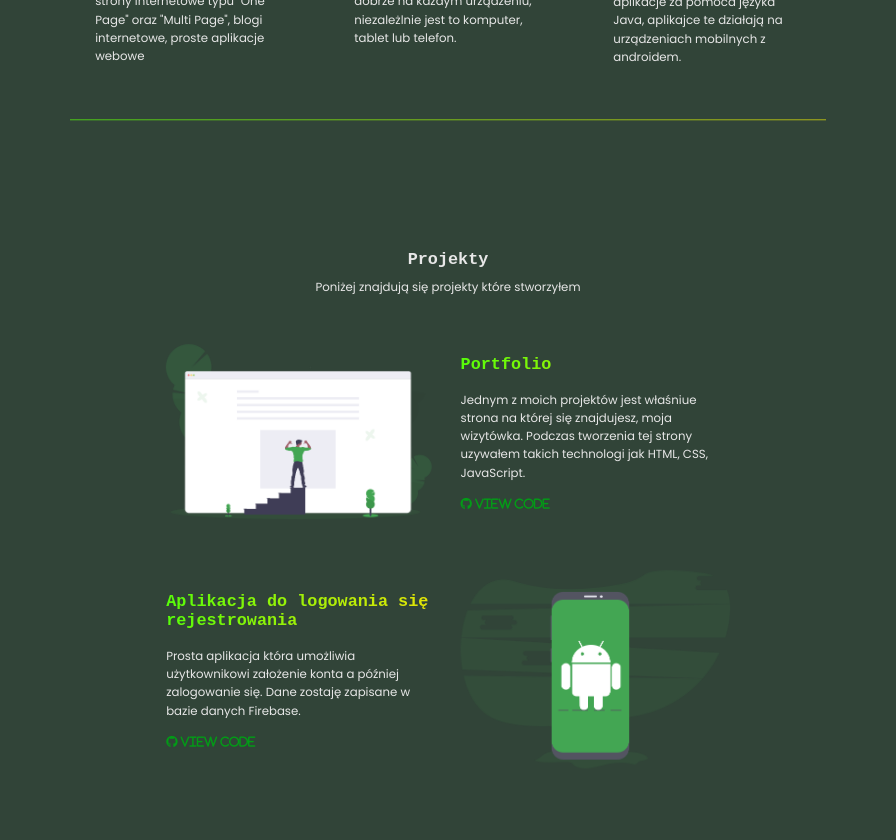
Repository: BartekUroda/portfolio
Page: index.html
An editor plug-in stored every save of this project. The page is shown before and after the next save, followed by the edit.
The browser window is 1280 px wide. The pictures show the part of the page from y = 1844 to 3764 px (the page is 3044 px tall before and 3764 px after), at 70% of full size.
Some web fonts or font styles are not loaded; a fallback is used. Some web libraries are served in a nearby version.

Above is the page before, as saved 2020-10-27 21:56:15.

### index.html
<!DOCTYPE html>
<html lang="en">
<head>
    <meta charset="UTF-8">
    <meta name="viewport" content="width=device-width, initial-scale=1.0">
    <title>Portfolio | Bartek Uroda</title>
    <link rel="stylesheet" type="text/css" href="css/style.css">
    <link href="https://fonts.googleapis.com/css2?family=Poppins&sfamily=Share+Tech+Mono&display=swap" rel="stylesheet">
    <script src="https://kit.fontawesome.com/056e5c10dc.js" crossorigin="anonymous"></script>
    <link rel="shortcut icon" type="image/x-icon" href="images/favicon.ico" />
</head>
<body>
    <header>
        <div class="container">
            <nav>
                <div class="nav-brand">
                    <a href="index.html">
                        <img src="images/logo.png" alt="Uroda">
                    </a>
                </div>
                <div class="burger-menu-icon">
                    <div class="line1"></div>
                    <div class="line2"></div>
                    <div class="line3"></div>
                </div>
                <ul class="nav-list">
                    <li class="nav-item">
                      <a href="#landing-page">
                        <img
                          src="images/profile.jpeg"
                          alt="Bartek Uroda"
                          class="profile-pic nav-link"
                        >
                        <span class="caption nav-link">Bartek Uroda</span>
                      </a>
                    </li>
                    <li class="nav-item">
                      <a href="#about" class="nav-link">O mnie</a>
                    </li>
                    <li class="nav-item">
                      <a href="#services" class="nav-link">Usługi</a>
                    </li>
                    <li class="nav-item">
                      <a href="#projects" class="nav-link">Projekty</a>
                    </li>
                    <li class="nav-item">
                      <a href="#contact" class="nav-link">Kontakt</a>
                    </li>
                    <li class="nav-item">
                      <a href="https://www.facebook.com/bartlomiej.uroda.3" target="_blank" class="nav-link">
                        <i class="fab fa-facebook"></i>
                      </a>
                      <a href="https://github.com/Urodii" target="_blank" class="nav-link">
                        <i class="fab fa-github"></i>
                      </a>
                      <a href="https://www.youtube.com/channel/UCzT1h5RNvmbtrmKT5hPjyAg?view_as=subscriber" target="_blank" class="nav-link">
                        <i class="fab fa-youtube"></i>
                      </a>
                    </li>
                  </ul>
            </nav>
        </div>
    </header>
    <main>
      <section id="landing-page" class="landing-page">
        <div class="container">
          <div class="main-message">
            <h2>Barłomiej Uroda</h2>
            <h3>Junior Front-End Web Developer</h3>
            <p>Html - CSS - JavaScript - Java</p>
            <div class="intro-btn">
              <div class="cta">
                <a href="#contact" class="btn">Skontaktuj się ze mną!</a>
              </div>
              <div class="cta">
                <a href="#projects" class="btn">Moje Projekty</a>
              </div>
            </div>
            <div>
              <a href="#about" class="scroll-down">
                <i class="fa fa-chevron-down" aria-hidden="true"></i>
              </a>
            </div>
          </div>
        </div>
      </section>
      <section id="about" class="about">
        <div class="container">
          <div class="about-img">
            <img
              src="images/profile.jpeg"
              alt="Bartek Uroda"
              class="about-pic"
            />
          </div>
          <div class="about-text-box">
            <h2>Cześć,</h2>
            <h3>O mnie</h3>
            <p>
              Nazywam się Bartek mam 21 lat, aktulanie studiuje zaocznie informatykę
              na Wyższej Szkole Biznesu w Nowym Sączu, studia te rozpoczołem po roku studiowania
              na Politechnce Krakowskiej na kierunku Fizyki Technicznej, zaliczyłem pierwszy rok na PK
              i wziołem sobie tak zwany Gap Year, studia na Politechnice nie satysfakcjonowały
              mnie więc postanowiłem rozwijać się w kierunku programistycznym. Szybko się uczę a zdobywanie wiedzy sprawia mi przyjemność.
            </p>
            <h3>Umiejętności</h3>
            <p>
              Rozwijam się w takich technologiach jak: HTML, CSS, JavaScript, Java oraz C++,
              tworze reponsywne strony. Znam angielski na
              poziomie C1, uczę się również bezpieczeństwa aplikacji webowych.
              Programowanie to coś z czym chciałbym żeby wiązała się moja przyszłość.
            </p>
            <h3>Zainteresowania</h3>
            <p>
              Sporą część mojego wolnego czasy pochłania sport, lubie jazde na rowerze siłownie oraz klistenike.
              Często spędzam również czas na graniu w gry, głownie jest to Counter-Strike, interesuję się też ITSecurity
              i w wolnym czasie staram się rozwijać w tym kierunku. Lubie podróże a poznawanie nowych
              wartościowych ludzi daje mi sporą motywacje w życiu.
            </p>
          </div>
        </div>
        <hr/>
      </section>
      <section id="services" class="services">
        <div class="container">
          <div class="title-heading">
            <h2>Oferta</h2>
            <p>
              Stworzę dokładnie taką stronę lub aplikacje mobilną jak klient sobie zażyczy.
            </p>
          </div>
          <div class="service-tiers">
            <div class="tier-item">
              <i class="fa fa-code" aria-hidden="true"></i>
              <h2>Web Development</h2>
              <p>
                Modyfikacja istniejących stron internetowych,
                wizytówki internetowe,
                responsywne strony internetowe typu "One Page" oraz "Multi Page",
                blogi internetowe, proste aplikacje webowe
              </p>
            </div>
            <div class="tier-item">
              <i class="fa fa-file-code-o" aria-hidden="true"></i>
              <h2>Responsywne strony</h2>
              <p>
                Strony które tworze są rezponsywne i wyglądają dobrze na każdym urządzeniu,
                niezależlnie jest to komputer, tablet lub telefon.
              </p>
            </div>
            <div class="tier-item">
              <i class="fa fa-mobile" aria-hidden="true"></i>
              <h2>Tworzenie aplikacji na androida</h2>
              <p>
                Potrafię również tworzyć proste aplikacje za pomoca języka Java,
                aplikajce te działają na urządzeniach mobilnych z androidem.
              </p>
            </div>
          </div>
        </div>
        <hr />
      </section>
      <section id="projects" class="projects">
        <div class="title-heading">
          <h2>Projekty</h2>
          <p>Poniżej znajdują się projekty które stworzyłem</p>
        </div>
        <div class="project-item">
          <div class="project-img has-margin-right">
            <img src="images/portfolio.png" />
          </div>
          <div class="project-description">
            <h2>Portfolio</h2>
            <p>
              Jednym z moich projektów jest właśniue strona na której się znajdujesz, moja wizytówka.
              Podczas tworzenia tej strony uzywałem takich technologi jak HTML, CSS, JavaScript.
            </p>
            <a href="https://github.com/Urodii/portfolio" class="project-link" target="_blank"
              ><i class="fa fa-github" aria-hidden="true"> View Code</i></a
            >
          </div>
        </div>
        <div class="project-item">
          <div class="project-description has-margin-right">
            <h2>Aplikacja do logowania się rejestrowania</h2>
            <p>
              Prosta aplikacja która umożliwia użytkownikowi założenie konta a później
              zalogowanie się. Dane zostaję zapisane w bazie danych Firebase.
            </p>
            <a href="https://github.com/Urodii/Login_Register_apk" class="project-link" target="_blank"
              ><i class="fa fa-github" aria-hidden="true"> View Code</i></a
            >
          </div>
          <div class="project-img">
            <img src="images/android.png" />
          </div>
        <!-- </div>
        <div class="project-item">
          <div class="project-img has-margin-right">
            <img src="" />
          </div>
          <div class="project-description">
            <h2>kalkulator</h2>
            <p>
              Prosty kalkulator
            </p>
            <a href="#" class="project-link" target="_blank"
              ><i class="fa fa-github" aria-hidden="true"> View Code</i></a
            >
          </div>
        </div> -->
        <hr />
      </section>
    </main>
 <script type="text/javascript" src="js/main.js"></script>
</body>
</html>

### css/style.css
/* ----------GLOBAL STYLES---------- */
*,
*::before,
*::after {
  margin: 0;
  padding: 0;
  box-sizing: inherit;
}
html {
    font-family: "Share Tech Mono", monospace;
    font-size: 12px;
    box-sizing: border-box;
    scroll-behavior: smooth;
    color: #e7e7e7;
    background: rgb(49, 68, 56);
}

a {
    text-decoration: none;
    color: rgb(3, 155, 23);
}

a:hover {
    color: rgba(249, 105, 14, 1);
}

ul {
    list-style: none;
}

p {
    font-size: 1.4rem;
}

img {
    width: 100%;
    max-width: 100%;
    height: auto;
}
/* ----------HEADER---------- */
header {
    width: 100%;
    height: 5rem;
    position: absolute;
    top: 0;
    left: 0;
    z-index: 1;
}
.contenier {
    width: 100%;
    max-width: 90rem;
    margin: 0 auto;
    padding: 0 1.5rem;
}
.nav-brand {
    width: 8rem;
}
nav {
    width: 100%;
    display: flex;
    align-items: center;
    justify-content: space-between;
    padding: 1rem 0;
    border-bottom: 2px solid rgba(255, 255, 255, .2);
}
.line1 {
    width: 20px;
    height: 3px;
    margin: 5px 0;
    background: linear-gradient(
      135deg,
      rgb(27, 218, 10) 0%,
      rgb(255, 255, 255) 100%
    );
}
.line2 {
    width: 25px;
    height: 3px;
    background: linear-gradient(
      135deg,
      rgb(27, 218, 10) 0%,
      rgb(255, 255, 255) 100%
    );
}
.line3 {
    width: 30px;
    height: 3px;
    margin: 5px 0;
    background: linear-gradient(
      135deg,
      rgb(27, 218, 10) 0%,
      rgb(255, 255, 255) 100%
    );
}
.burger-menu-icon {
    cursor: pointer;
    z-index: 999;
    position: fixed;
    right: 0;
    top: 0;
    background-color: rgba(67, 145, 47, 0.815);
    padding: 1.2rem;
    border-radius: 0% 0% 0% 40%;
}
.profile-pic {
    height: 9rem;
    width: auto;
    border-radius: 50%;
    display: block;
    margin: 1.5rem 0;
}
.caption {
    display: block;
}
.nav-list {
    width: 24rem;
    height: 100vh;
    background-color:  rgb(69, 85, 75);
    position: fixed;
    top: 0;
    right: -26rem;
    display: flex;
    flex-direction: column;
    align-items: center;
    justify-self: start;
    z-index: 998;
    transition: all 650ms ease-in-out;
}
.nav-list.active {
    right: 0;
}
.nav-item {
    margin: 1.2rem 0;
}
.nav-link {
    opacity: 0;
    font-size: 1.3rem;
    text-transform: uppercase;
    color: #cecece;
    letter-spacing: 1.5px;
}
.nav-link:hover {
    color: rgb(62, 248, 15);
}
.toggle {
    background: none;
}
.toggle .line1 {
    transform: rotate(-45deg) translate(-5px, 6px) scalex(2);
}
.toggle .line2 {
    opacity: 0;
}
.toggle .line3 {
    width: 20px;
    transform: rotate(45deg) translate(-5px, -6px) scalex(2);
    margin-left: 0px;
}
@keyframes navLinkAnimate {
    from{
        opacity: 0;
        transform: translate(50px);
    }
    to{
        opacity: 1;
        transform: translate(0px);
    }
}
/* ----------MAIN---------- */
.landing-page{
    width: 100%;
    height: 100vh;
    background: linear-gradient(
        135deg,
        rgba(50, 58, 52, 0.9) 0%,
        rgba(44, 100, 65, 0.8) 100%
    ),
    url('../images/mainpage.png') center no-repeat;
    background-size: contain;
    position: relative;
}
.main-message {
    width: 100%;
    max-width: 58rem;
    text-transform: uppercase;
    position: absolute;
    left: 50%;
    top: 50%;
    transform: translate(-50%, -50%);
    text-align: center;
}
.main-message h2 {
    letter-spacing: 1.2rem;
    font-size: 2rem;
    font-weight: 400;
    overflow: hidden;
    white-space: nowrap;
    animation: typing 5s steps(33), blink 1s ease-in-out 7s infinite;
    width: 33ch;
    margin: auto;
    border-right: 4px solid rgba(255, 255, 255, 1);
}
@keyframes typing {
    75% {
      width: 0ch;
      color: rgb(178, 249, 14);
    }
    100% {
      width: 33ch;
    }
}
@keyframes blink {
    0% {
      border-right: 4px solid rgba(255, 255, 255, 0);
    }
    100% {
      border-right: 4px solid rgb(194, 194, 194);
    }
}
.main-message h3 {
    font-size: 4rem;
    margin: 1rem 0;
    color: rgba(249, 105, 14, 1);
    background: linear-gradient(
      to right,
      rgb(87, 253, 9) 0%,
      rgb(217, 240, 17) 100%
    );
    -webkit-background-clip: text;
    -webkit-text-fill-color: transparent;
}
.main-message p {
    text-transform: none;
    font-size: 1.7rem;
    font-weight: 400;
}
.intro-btn {
    display: flex;
    justify-content: center;
}
.btn {
    margin: 0 9px;
    background: rgba(3, 155, 155);
    border-radius: 2rem;
    color: #fafafa;
    padding: 1rem 2.5rem;
    display: inline-block;
    margin-top: 2rem;
    transition: background-color 650ms;
    font-weight: 500;
    letter-spacing: 2px;
}
.btn:hover {
    color: #fafafa;
    background-color: rgb(176, 189, 0);
}
.scroll-down i {
    color: #fafafa;
    transition: color 650ms;
    margin-top: 2rem;
    font-size: 3.5rem;
}
.scroll-down i:hover {
    color: rgb(176, 189, 0);
}
/* ----------ABOUT--------- */
.about {
    width: 100%;
    min-height: 100vh;
    max-width: 70rem;
    margin: auto;
}
.about .container {
    display: flex;
    align-items: center;
    min-height: 80vh;
  }
.about-img img {
    height: 12rem;
    width: auto;
    border-radius: 50%;
    margin: 2rem;
    box-shadow: 0 20px 30px 0 rgba(4, 236, 4, 0.397);
  }
.about-text-box {
    flex-grow: 1;
    flex-shrink: 1;
    flex-basis: 0;
}
.about-text-box h2 {
    font-size: 3rem;
    margin-bottom: 15px;
}
.about-text-box h3 {
    font-size: 2rem;
    margin-bottom: 10px;
}
.about-text-box p {
    font-family: "Poppins", sans-serif;
    font-size: 1.4rem;
    padding: 0;
    margin-bottom: 1.45rem;
}
hr {
    margin: 4rem 0;
    background: linear-gradient(
      to right,
      rgb(87, 253, 9) 0%,
      rgb(231, 228, 6) 100%
    );
    border: 0;
    height: 1px;
}
/* ----------SERVICE--------- */
.services {
    padding: 3rem 0;
    min-height: 100vh;
    max-width: 90rem;
    margin: auto;
}
.title-heading {
    text-align: center;
    margin-bottom: 5rem;
}
.title-heading h2 {
    font-size: 2rem;
    margin: 0.5rem 0 1rem 0;
}
.title-heading p {
    font-family: "Poppins", sans-serif;
    margin-bottom: 5rem;
}
.service-tiers {
    display: grid;
    grid-template-columns: repeat(auto-fit, minmax(25rem, 1fr));
    gap: 2.5rem;
}
.tier-item {
    height: 30rem;
    padding: 3rem;
    position: relative;
    display: flex;
    flex-direction: column;
    justify-content: center;
    cursor: default;
}
.tier-item i {
    font-size: 3.5rem;
}
.tier-item h2 {
    font-size: 2rem;
    margin: 2rem 0;
    background: linear-gradient(
      to right,
      rgb(87, 253, 9) 0%,
      rgb(231, 228, 6) 100%
    );
    -webkit-background-clip: text;
    -webkit-text-fill-color: transparent;
}
.tier-item p {
    font-family: "Poppins", sans-serif;
    font-size: 1.4rem;
}
/* ----------PROJECTS--------- */
.projects {
    padding: 3rem 0;
    min-height: 100vh;
    max-width: 70rem;
    margin: auto;
}
.has-margin-right {
    margin: 0 3rem 0 0;
}
.project-item {
    display: flex;
    align-items: center;
    justify-content: center;
    margin: 0 1.45rem 5rem 1.45rem;
}
.project-img {
    flex: 1;
}
.project-description {
    flex: 1;
}
.project-description h2 {
    font-size: 2rem;
    margin: 2rem 0;
    background: linear-gradient(
      to right,
      rgb(87, 253, 9) 0%,
      rgb(231, 228, 6) 100%
    );
    -webkit-background-clip: text;
    -webkit-text-fill-color: transparent;
}
.project-description p {
    font-family: "Poppins", sans-serif;
    font-size: 1.4rem;
}
.project-link:hover {
    color: rgb(231, 228, 6);
}
.project-link {
    display: inline-block;
    margin: 2rem 0;
    font-size: 1.4rem;
}
/* ----------CONTACT--------- */
.contact {
    width: 100%;
    min-height: 100vh;
    max-width: 70rem;
    margin: auto;
    padding-top: 5rem;
}
.contact h2 {
    text-align: center;
    font-size: 2.5rem;
    margin-bottom: 5rem;
}
.contact p {
    font-family: "Poppins", sans-serif;
    font-size: 1.4rem;
    padding: 0;
    margin: 0.9rem 2rem;
}
.contact .container {
    min-height: 50vh;
    display: flex;
    justify-content: space-evenly;
    align-items: center;
}

### js/main.js
//navbar animation etc
const selectElement = (s) => document.querySelector(s);
const navLinks = document.querySelectorAll(".nav-link");

selectElement(".burger-menu-icon").addEventListener("click", () => {
    selectElement(".nav-list").classList.toggle("active");
    selectElement(".burger-menu-icon").classList.toggle("toggle")

    navLinks.forEach((link, index) => {
        if (link.style.animation){
            link.style.animation = ""
        }else{
            link.style.animation = `navLinkAnimate 0.5s ease forwards ${ index/7 + 0.5}s`
            console.log(index/7 + 0.5)
        }
    })
});
//navbar hiding after choose section
navLinks.forEach(link => {
    link.addEventListener("click", () => {
        selectElement(".nav-list").classList.toggle("active");
        selectElement(".burger-menu-icon").classList.toggle("toggle");

        navLinks.forEach((link, index) => {
            if (link.style.animation){
                link.style.animation = ""
            }else{
                link.style.animation = `navLinkAnimate 0.5s ease forwards ${ index/7 + 0.5}s`
                console.log(index/7 + 0.5)
            }
        })
    })
})

After the next save:
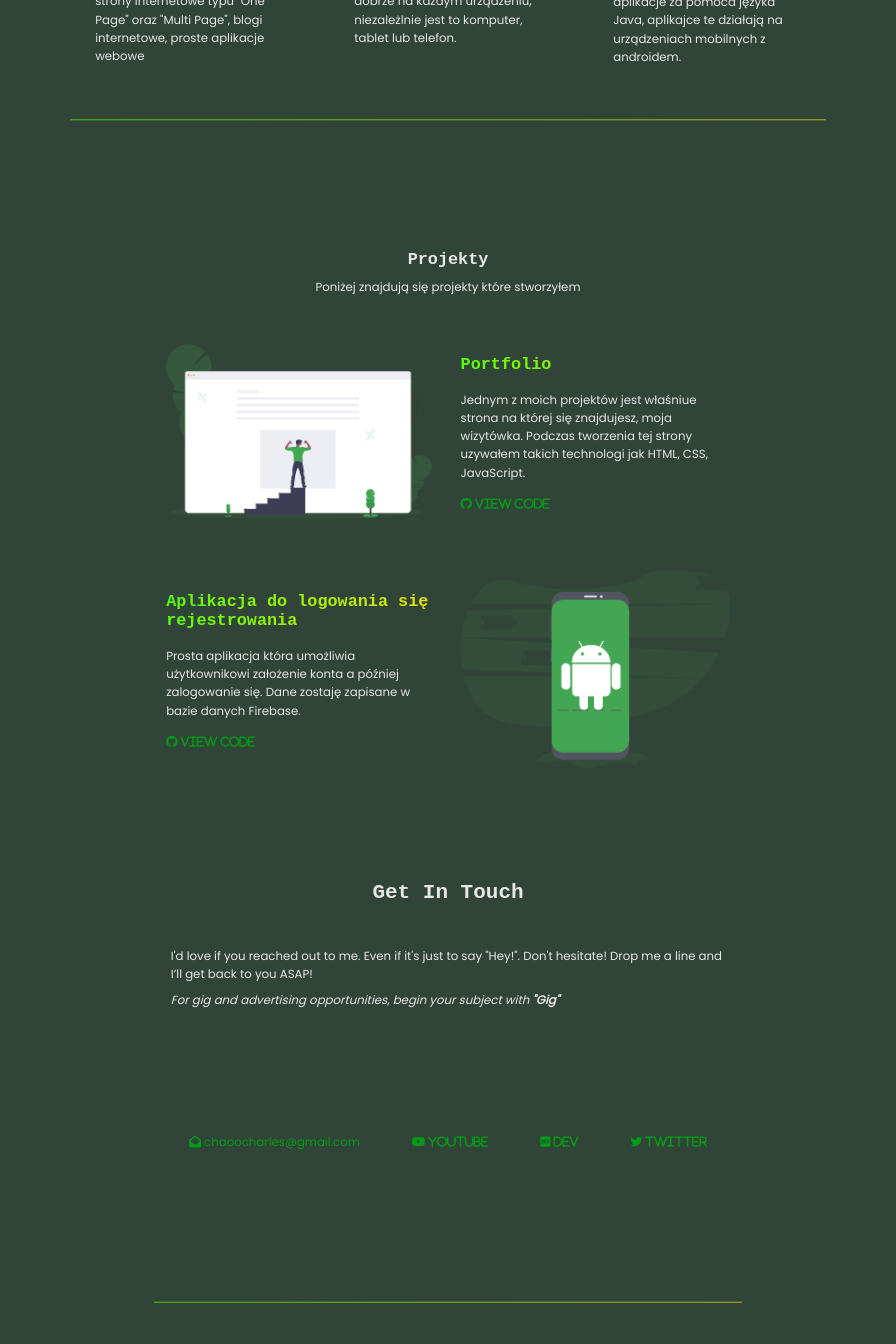
Saved 6 min 52 s later.
--- a/index.html
+++ b/index.html
@@ -211,6 +211,40 @@
         </div> -->
         <hr />
       </section>
+      <section id="contact" class="contact">
+        <h2>Get In Touch</h2>
+        <p>
+          I'd love if you reached out to me. Even if it's just to say "Hey!".
+          Don't hesitate! Drop me a line and I’ll get back to you ASAP!
+        </p>
+        <p>
+          <i
+            >For gig and advertising opportunities, begin your subject with
+            <strong>"Gig"</strong></i
+          >
+        </p>
+        <div class="container">
+          <p>
+            <a href="mailto:chaoocharles@gmail.com"
+              ><i class="fas fa-envelope-open"></i> chaoocharles@gmail.com</a
+            >
+          </p>
+          <p>
+            <a href="#" target="_blank"
+              ><i class="fab fa-youtube"> YouTube</i></a
+            >
+          </p>
+          <p>
+            <a href="#" target="_blank"><i class="fab fa-dev"> Dev</i></a>
+          </p>
+          <p>
+            <a href="#" target="_blank"
+              ><i class="fab fa-twitter"> Twitter</i></a
+            >
+          </p>
+        </div>
+        <hr />
+      </section>
     </main>
  <script type="text/javascript" src="js/main.js"></script>
 </body>
